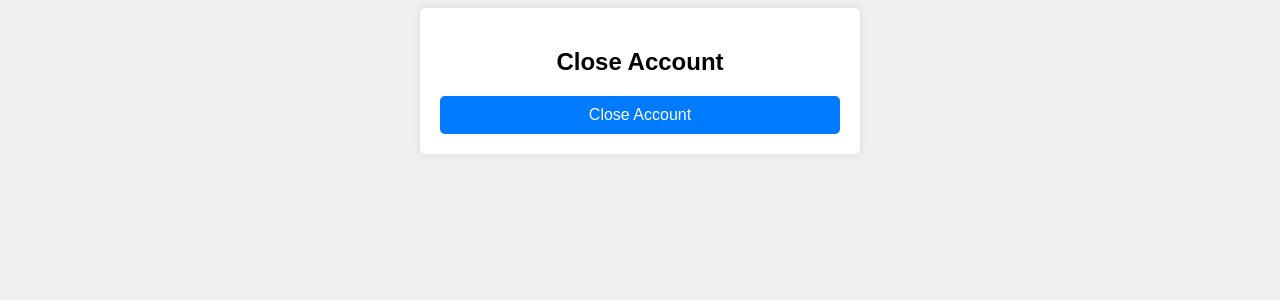
Repository: gauravraj08/bankingSystemJspServlet
Page: http://localhost/BankMangementSystem/closeAccount.jsp
An editor plug-in stored every save of this project. The page is shown before and after the next save, followed by the edit.
The browser window is 1280 px wide. The pictures show the whole page.
The page is served by Tomcat 9.

Above is the page before, as saved 2024-04-19 14:45:55.

After the next save:
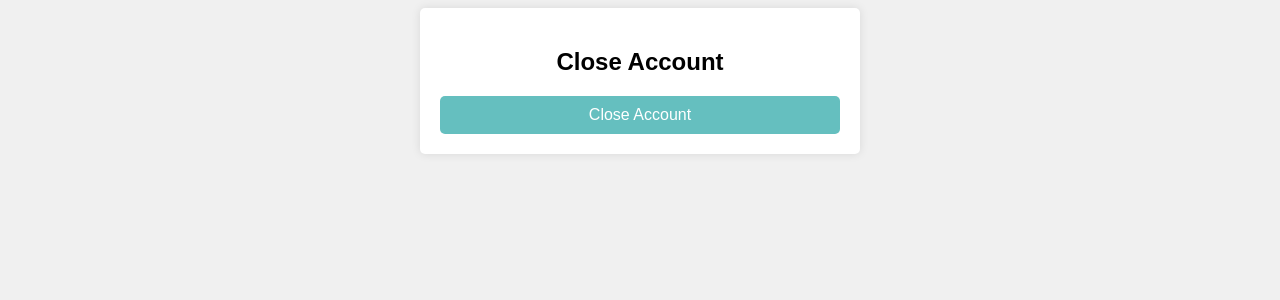
Saved 7 min 2 s later.
--- a/BankMangementSystem/src/main/webapp/closeAccount.jsp
+++ b/BankMangementSystem/src/main/webapp/closeAccount.jsp
@@ -28,7 +28,7 @@
             margin-top: 20px;
             border: none;
             border-radius: 5px;
-            background-color: #007bff;
+            background-color: #65BFBF;
             color: #fff;
             font-size: 16px;
             text-align: center;
